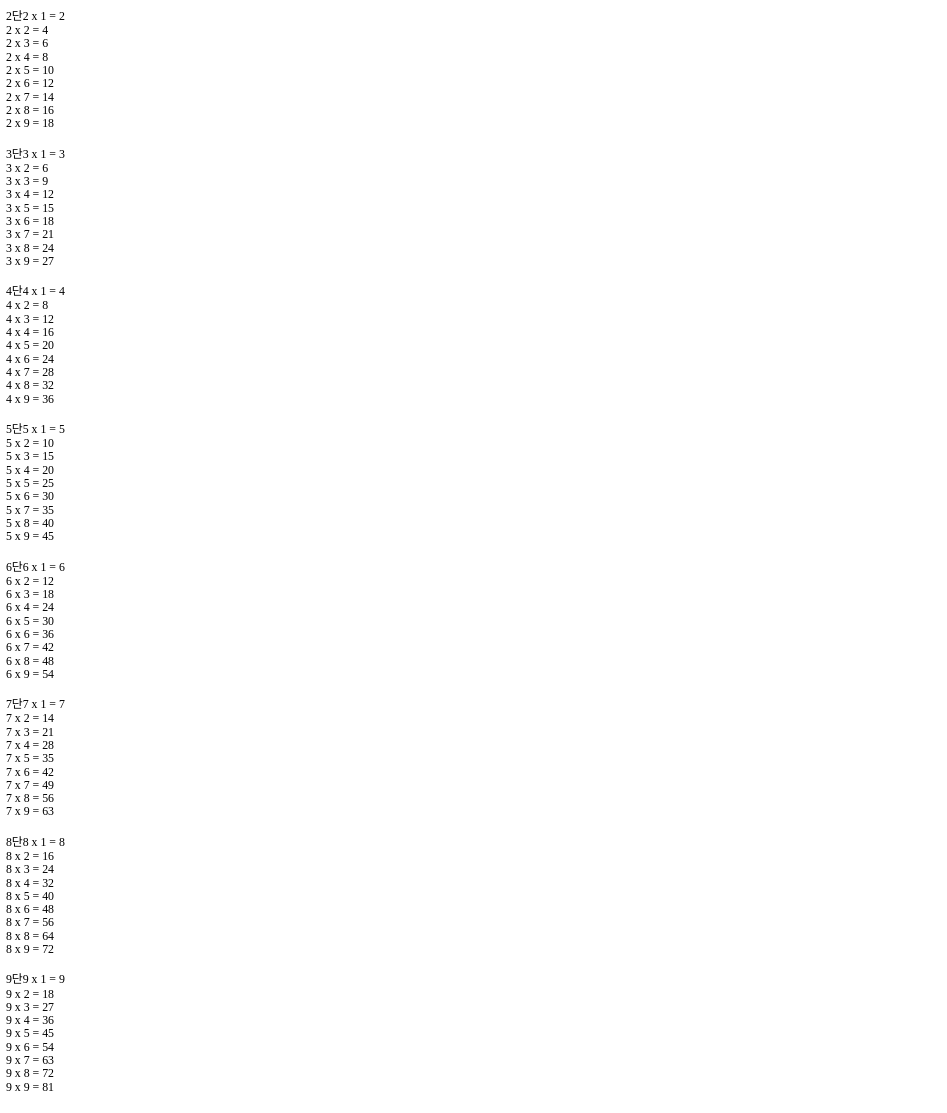
Repository: mjh1583/Hustar03_eGov
Page: http://localhost/JavaScript/js003.jsp
The author's editor kept a copy of each file at every save. The page is drawn from the files as they stood at one save, then again after the next save.
The browser window is 1280 px wide. The pictures show the whole page, at 74% of full size.
The page is served by Tomcat 9.

Above is the page before, as saved 2021-05-06 05:18:51.

### workspace/JavaScript/src/main/webapp/js003.jsp
<%@ page language="java" contentType="text/html; charset=UTF-8"
    pageEncoding="UTF-8"%>
<!DOCTYPE html>
<html>
<head>
	<meta charset="UTF-8">
	<title>제어문(if, for, while, switch case, do while)</title>
</head>
<body>
	<script type="text/javascript">
		function fn_sample1() {
			var money = prompt("지갑에 있는 돈을 알려주세요.");

			if(money > 5000) {
				alert('엄청 부자시네요.');
			}
			else if(money > 3000) {
				alert('조금 부자시네요.');
			}
		}

		//fn_sample1();

		function fn_sample2() {
			for(var i = 1; i <= 10; i++) {
				document.write(i + "<br/>");
			}
		}

		//fn_sample2();

		function fn_sample3() {
			for(var i = 1; i <= 10; i++) {

				if(i == 4) {
					continue;
				}

				if(i == 8) {
					break;
				}

				document.write(i + "<br/>");
			}
		}

		//fn_sample3();

		/*
			예제) 구구단을 출력해보세요. (2단 ~ 9단까지), 각 단 사이에는 한줄씩 비워주세요.
		*/

		function example() {
			for(var i = 2; i < 10; i++) {
				document.write(i + "단");
				for(var j = 1; j < 10; j++) {
					document.write(i + " x " + j + " = " + i * j + "<br/>");
				}
				document.write("<br/>");
			}
		}

		example();
	</script>
</body>
</html>

After the next save:
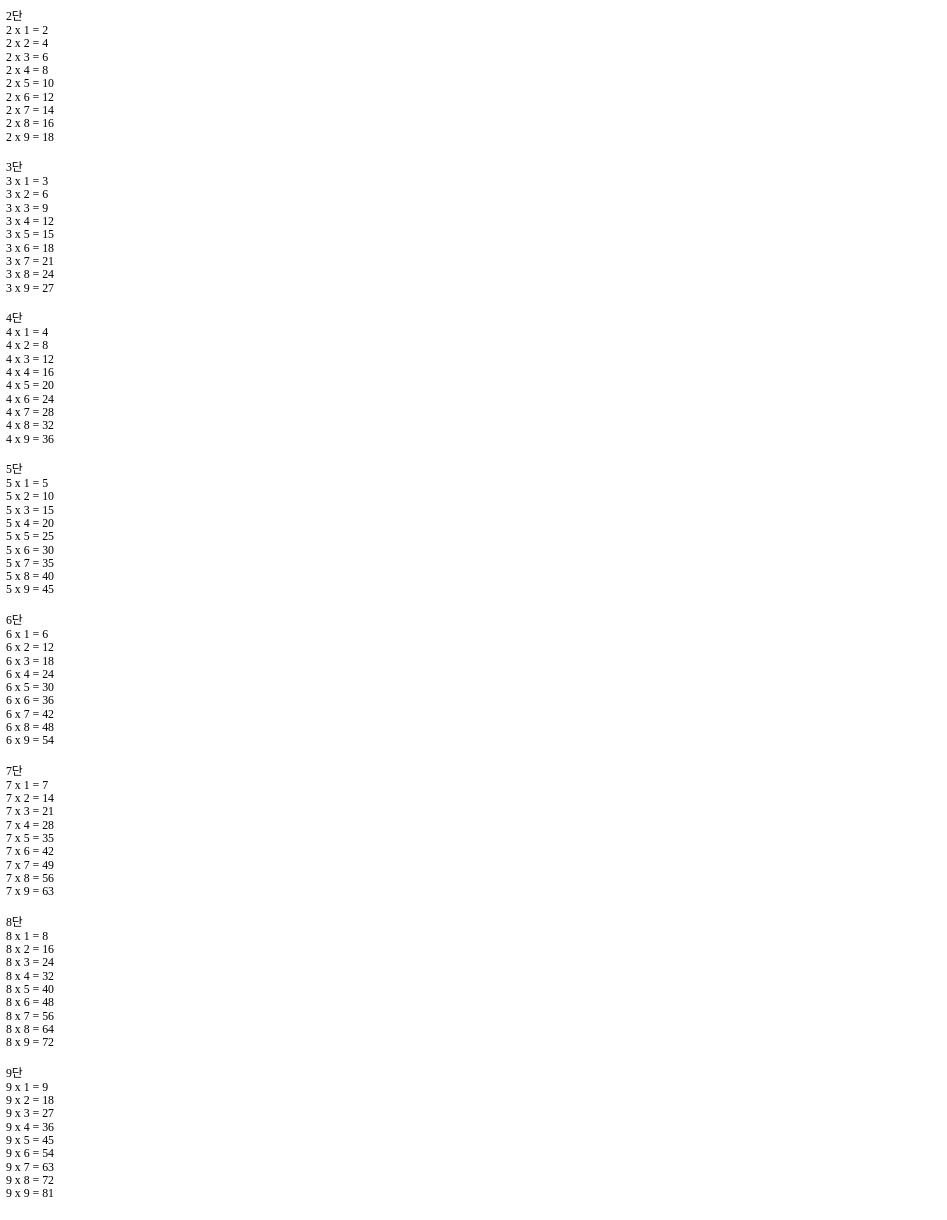
Saved 15 s later.
--- a/workspace/JavaScript/src/main/webapp/js003.jsp
+++ b/workspace/JavaScript/src/main/webapp/js003.jsp
@@ -52,7 +52,7 @@
 
 		function example() {
 			for(var i = 2; i < 10; i++) {
-				document.write(i + "단");
+				document.write(i + "단<br/>");
 				for(var j = 1; j < 10; j++) {
 					document.write(i + " x " + j + " = " + i * j + "<br/>");
 				}
